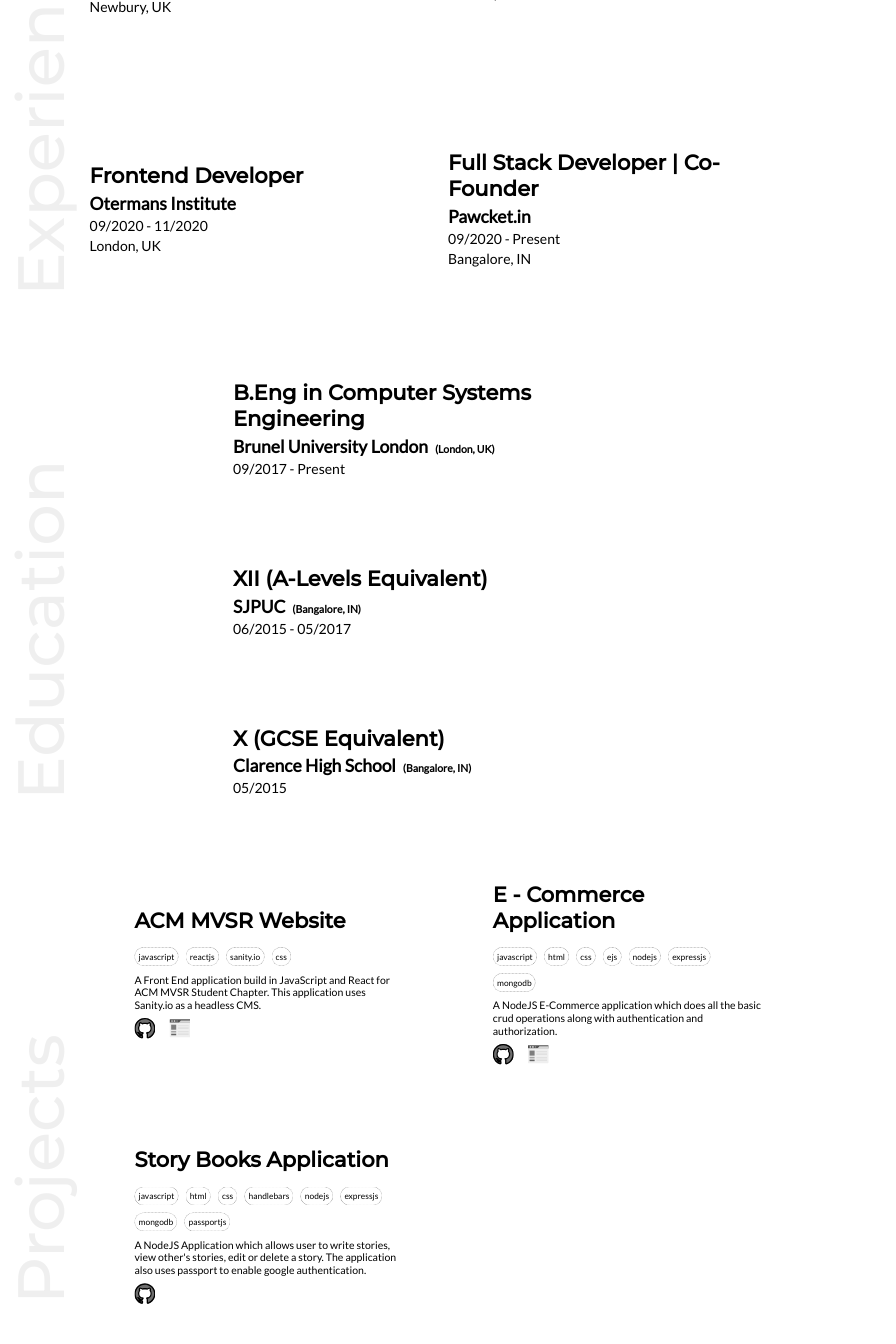
Repository: jasonpraful/Portfolio
Page: /
An editor plug-in stored every save of this project. The page is shown before and after the next save, followed by the edit.
The browser window is 1280 px wide. The pictures show the part of the page from y = 1680 to 3600 px (the page is 3600 px tall before and 2880 px after), at 70% of full size.
The project was rebuilt for these pictures with package versions that can differ from the ones it lists, and the page was loaded fresh each time. The framework's server and built-in components were replaced by stand-ins that run in the browser. Also part of the build but not shown: next.config.js.

Above is the page before, as saved 2021-02-02 11:34:09.

After the next save:
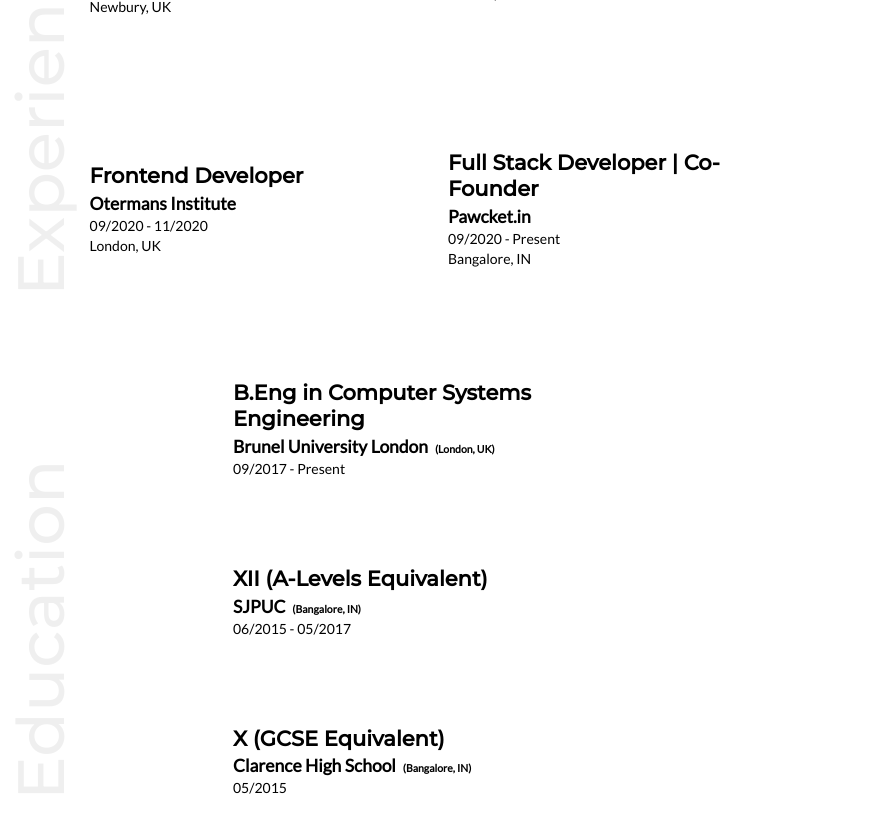
Saved 27 s later.
--- a/pages/index.js
+++ b/pages/index.js
@@ -12,6 +12,6 @@
         <TechnologiesPage/>
         <ExperiencePage/>
         <EducationPage/>
-        <ProjectsPage/>
+        {/* <ProjectsPage/> */}
     </main>
 }
